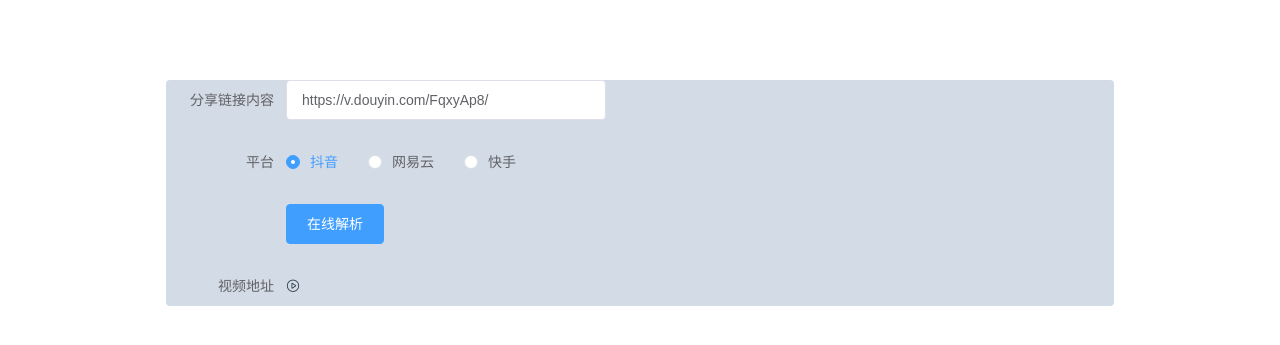
Repository: lyln/freepd
Page: / (app in frontend/freepd/)
The author's editor kept a copy of each file at every save. The page is drawn from the files as they stood at one save, then again after the next save.
The browser window is 1280 px wide. The pictures show the whole page.
The project was rebuilt for these pictures with package versions that can differ from the ones it lists, and the page was loaded fresh each time.

Above is the page before, as saved 2022-05-26 09:25:10.

### frontend/freepd/index.html
<!DOCTYPE html>
<html>
  <head>
    <meta charset="utf-8">
    <meta name="viewport" content="width=device-width,initial-scale=1.0">
    <title>freepd</title>
  </head>
  <body>
    <div id="app"></div>
    <!-- built files will be auto injected -->
  </body>
</html>

### frontend/freepd/src/main.js
// The Vue build version to load with the `import` command
// (runtime-only or standalone) has been set in webpack.base.conf with an alias.
import Vue from 'vue'
import App from './App'
import router from './router'
import ElementUI from 'element-ui';
import 'element-ui/lib/theme-chalk/index.css';
import Meta from "vue-meta";

Vue.config.productionTip = false
Vue.use(ElementUI)
Vue.use(Meta);

/* eslint-disable no-new */
new Vue({
  el: '#app',
  router,
  components: { App },
  template: '<App/>'
})

### frontend/freepd/src/App.vue
<template>
	<div id="app">
		<router-view />
	</div>
</template>

<script>
export default {
	name: 'App',
}
</script>

<style>
#app {
	font-family: 'Avenir', Helvetica, Arial, sans-serif;
	-webkit-font-smoothing: antialiased;
	-moz-osx-font-smoothing: grayscale;
	text-align: center;
	color: #2c3e50;
	margin-top: 60px;
}
</style>

### frontend/freepd/src/components/HelloWorld.vue
<template>
	<el-row type="flex" justify="center">
		<el-col :span="18">
			<div class="grid-content bg-purple">
				<el-form ref="form" :model="form" label-width="120px" class="fpd-form">
					<el-form-item label="分享链接内容" style="margin-top: 20px;">
						<el-input v-model="form.url"></el-input>
					</el-form-item>
					<el-form-item label="平台" label-width="120px">
						<el-radio-group v-model="form.type">
							<el-radio :label="1">抖音</el-radio>
							<el-radio :label="2">网易云</el-radio>
							<el-radio :label="3">快手</el-radio>
						</el-radio-group>
					</el-form-item>
					<el-form-item>
						<el-button type="primary" @click="onSubmit">在线解析</el-button>
					</el-form-item>
					<el-form-item label="视频地址">
						<i class="el-icon-video-play"></i>
						<el-link :href="data.video.play" target="_blank">{{ data.title }}</el-link>
						<!-- {{data.video.play }} -->
					</el-form-item>
				</el-form>
			</div>
		</el-col>
	</el-row>

</template>
<script>
import axios from 'axios'
export default {
	name: 'HelloWorld',
	data() {
		return {
			msg: 'free parse download',
			form: {
				url: 'https://v.douyin.com/FqxyAp8/',
				type: 1,
			},
			data: {
				video: { play: '' },
				title: '',
			},
		}
	},
	metaInfo: {
		meta: [{ name: 'referrer', content: 'no-referrer' }],
	},
	methods: {
		onSubmit() {
			console.log('submit!')
			axios
				.post('http://127.0.0.1:8000/douyin', { url: this.form.url })
				.then((res) => {
					console.log(res.data)
					this.data = res.data
				})
				.catch((err) => {
					console.log('请求失败', err)
				})
		},
	},
}
</script>

<!-- Add "scoped" attribute to limit CSS to this component only -->
<style scoped>
h1,
h2 {
	font-weight: normal;
}
ul {
	list-style-type: none;
	padding: 0;
}
li {
	display: inline-block;
	margin: 0 10px;
}
a {
	color: #42b983;
}
.el-input {
	width: 320px;
}

.fpd-form {
	text-align: left;
}

.text {
	font-size: 14px;
}

.item {
	padding: 18px 0;
}

.box-card {
	width: 480px;
}

.el-row {
	margin-bottom: 20px;
	&:last-child {
		margin-bottom: 0;
	}
}
.el-col {
	border-radius: 4px;
}
.bg-purple-dark {
	background: #99a9bf;
}
.bg-purple {
	background: #d3dce6;
}
.bg-purple-light {
	background: #e5e9f2;
}
.grid-content {
	border-radius: 4px;
	min-height: 36px;
}
.row-bg {
	padding: 10px 0;
	background-color: #f9fafc;
}

/* .wrapper {
	margin-left: auto;
	margin-right: auto;
	width: 90%;
}
.modunit {
	background-color: #fff;
	margin-top: 1rem;
	margin-bottom: 1rem;
	padding: 0;
	border: 1px solid #dedede;
	-moz-border-radius: 2px;
	-webkit-border-radius: 2px;
	border-radius: 2px;
}
.mod-content {
	margin: 0;
	padding: 1.5rem;
} */
</style>

Loaded but not shown: frontend/freepd/src/router/index.js (common file)

After the next save:
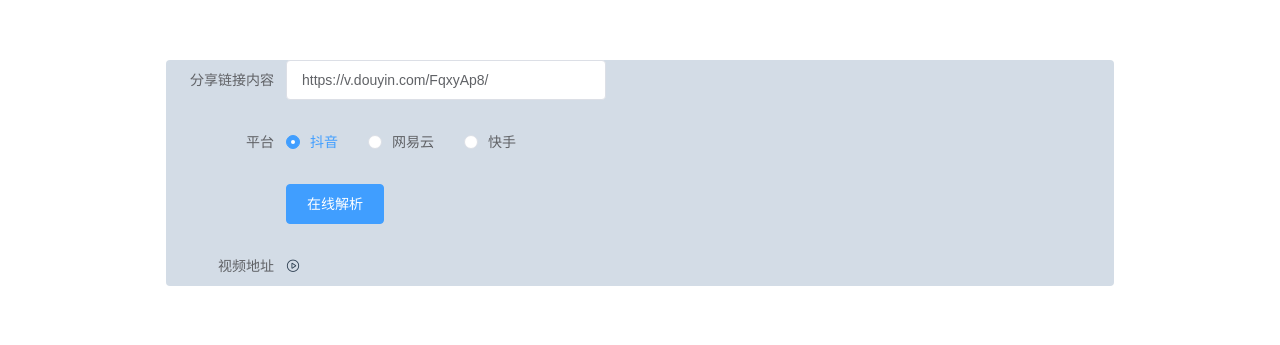
Saved 3 min 42 s later.
--- a/frontend/freepd/src/components/HelloWorld.vue
+++ b/frontend/freepd/src/components/HelloWorld.vue
@@ -3,7 +3,7 @@
 		<el-col :span="18">
 			<div class="grid-content bg-purple">
 				<el-form ref="form" :model="form" label-width="120px" class="fpd-form">
-					<el-form-item label="分享链接内容" style="margin-top: 20px;">
+					<el-form-item label="分享链接内容" style="panding-top: 20px;">
 						<el-input v-model="form.url"></el-input>
 					</el-form-item>
 					<el-form-item label="平台" label-width="120px">
